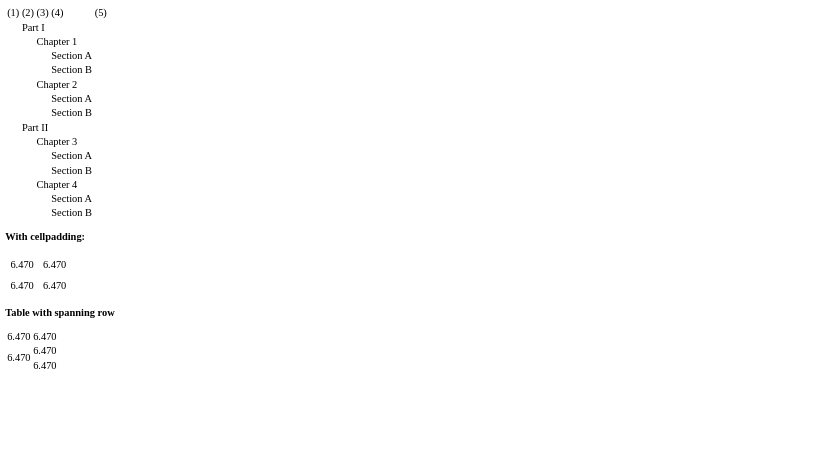
Repository: watermelonfee/HTCNWEB
Page: Tuan01/BT06/BT06b.html
These files come from the project's save history. The page is drawn as it stood at one moment and after the next save; the edit follows.
The browser window is 1280 px wide. The pictures show the whole page, at 65% of full size.

Above is the page before, as saved 2023-02-21 13:52:33.

### Tuan01/BT06/BT06b.html
<!DOCTYPE html>
<html lang="en">
<head>
    <meta charset="UTF-8">
    <meta http-equiv="X-UA-Compatible" content="IE=edge">
    <meta name="viewport" content="width=device-width, initial-scale=1.0">
    <title>Document</title>
</head>
<body>
    <div>
        <table class="table1">
            <tr class="text2">
            <td>(1)</td>
            <td>(2)</td>
            <td>(3)</td>
            <td id="id4" colspan="2">(4)</td>
            <td>(5)</td>
            </tr>
            <tr>
            <td></td>
            <td colspan="4"><span>Part I</span></td>
            <td></td>
            </tr>
            <tr>
            <td colspan="2"></td>
            <td colspan="3"><span>Chapter 1</span></td>
            <td></td>
            </tr>
            <tr>
            <td colspan="3"></td>
            <td colspan="2"><span>Section A</span></td>
            <td></td>
            </tr>
            <tr>
            <td colspan="3"></td>
            <td colspan="2"><span>Section B</span></td>
            <td></td>
            </tr>
            <tr>
            <td colspan="2"></td>
            <td colspan="3"><span>Chapter 2</span></td>
            <td></td>
            </tr>
            <tr>
            <td colspan="3"></td>
            <td colspan="2"><span>Section A</span></td>
            <td></td>
            </tr>
            <tr>
            <td colspan="3"></td>
            <td colspan="2"><span>Section B</span></td>
            <td></td>
            </tr>
            <tr>
            <td></td>
            <td colspan="4"><span>Part II</span></td>
            <td></td>
            </tr>
            <tr>
            <td colspan="2"></td>
            <td colspan="3"><span>Chapter 3</span></td>
            <td></td>
            </tr>
            <tr>
            <td colspan="3"></td>
            <td colspan="2"><span>Section A</span></td>
            <td></td>
            </tr>
            <tr>
            <td colspan="3"></td>
            <td colspan="2"><span>Section B</span></td>
            <td></td>
            </tr>
            <tr>
            <td colspan="2"></td>
            <td colspan="3"><span>Chapter 4</span></td>
            <td></td>
            </tr>
            <tr>
            <td colspan="3"></td>
            <td colspan="2"><span>Section A</span></td>
            <td></td>
            </tr>
            <tr>
            <td colspan="3"></td>
            <td colspan="2"><span>Section B</span></td>
            <td></td>
        </table>

        <div class="table2">
            <p><b>With cellpadding:</b></p>
            <table cellpadding="6.470px">
                <tr>
                <td>6.470</td>
                <td>6.470</td>
                </tr>
                <tr>
                <td>6.470</td>
                <td>6.470</td>
            </tr>
            </table>

            <p><b>Table with spanning row</b></p>
            <table>
                <tr>
                    <td>6.470</td>
                    <td>6.470</td>
                </tr>
                <tr>
                    <td rowspan="2">6.470</td>
                    <td>6.470</td>
                </tr>
                <tr>
                    <td>6.470</td>
                </tr>
            </table>
        </div>
        </div>
</body>
</html>

After the next save:
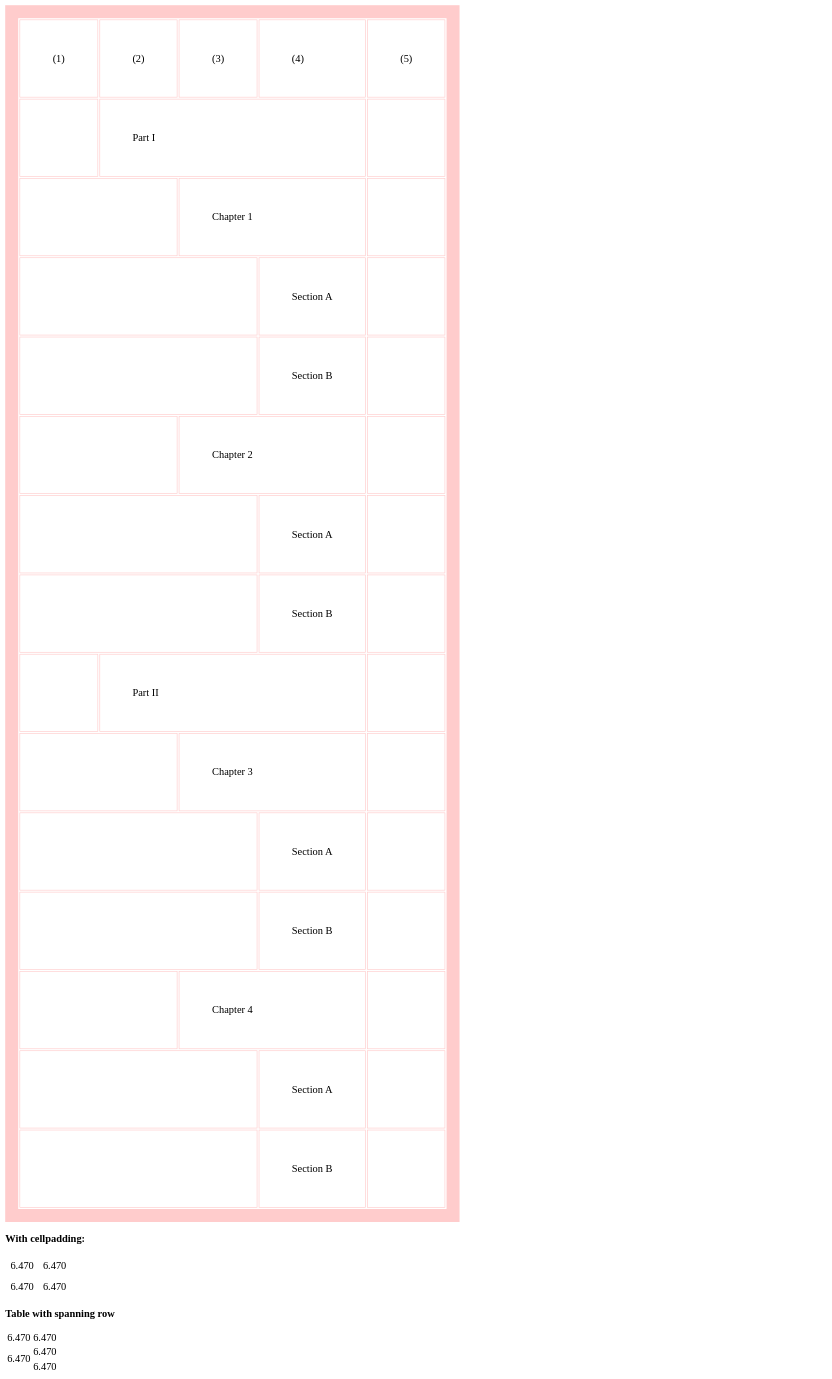
Saved 8 h 46 min later.
--- a/Tuan01/BT06/BT06b.html
+++ b/Tuan01/BT06/BT06b.html
@@ -8,7 +8,7 @@
 </head>
 <body>
     <div>
-        <table class="table1">
+        <table border="20" cellspacing="2" cellpadding="50" bordercolor="FFCCCC"class="table1">
             <tr class="text2">
             <td>(1)</td>
             <td>(2)</td>
